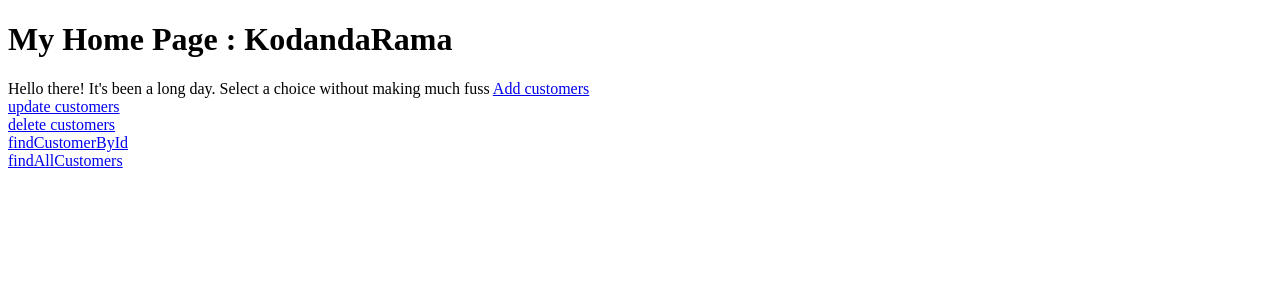
Repository: Rama-13/LaunchPadAllFiles
Page: java-workspace/SpringMVCDemo/WebContent/index.html
The author's editor kept a copy of each file at every save. The page is drawn from the files as they stood at one save, then again after the next save.
The browser window is 1280 px wide. The pictures show the whole page.

Above is the page before, as saved 2019-08-01 09:45:58.

### java-workspace/SpringMVCDemo/WebContent/index.html
<!DOCTYPE html>
<html>
<head>
<meta charset="ISO-8859-1">
<title>Spring MVC</title>
</head>
<body>
<h1>My Home Page : KodandaRama</h1>
Hello there! It's been a long day. Select a choice without making much fuss
<a href = "addcustomers.do">Add customers</a><br>
<a href = "updatecustomers.do">update customers</a><br>
<a href = "deletecustomers.do">delete customers</a><br>
<a href = "findByIdcustomers.do">findCustomerById</a><br>
<a href = "findAllcustomers.do">findAllCustomers</a><br>

</body>
</html>

After the next save:
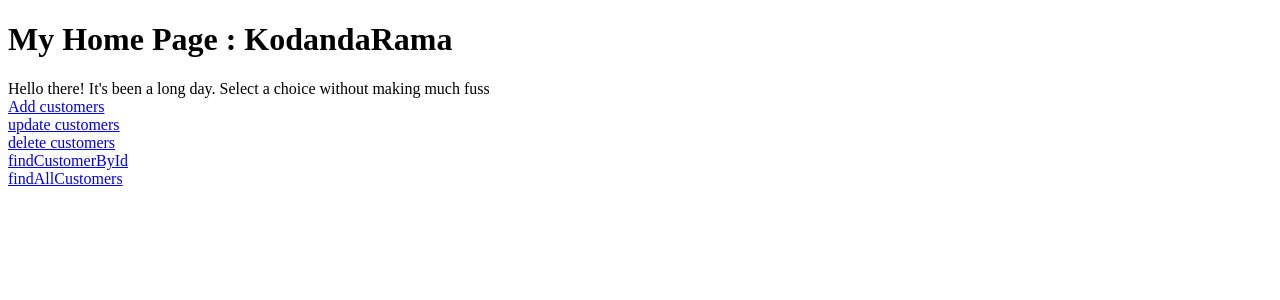
Saved 35 s later.
--- a/java-workspace/SpringMVCDemo/WebContent/index.html
+++ b/java-workspace/SpringMVCDemo/WebContent/index.html
@@ -6,7 +6,7 @@
 </head>
 <body>
 <h1>My Home Page : KodandaRama</h1>
-Hello there! It's been a long day. Select a choice without making much fuss
+Hello there! It's been a long day. Select a choice without making much fuss <br>
 <a href = "addcustomers.do">Add customers</a><br>
 <a href = "updatecustomers.do">update customers</a><br>
 <a href = "deletecustomers.do">delete customers</a><br>
